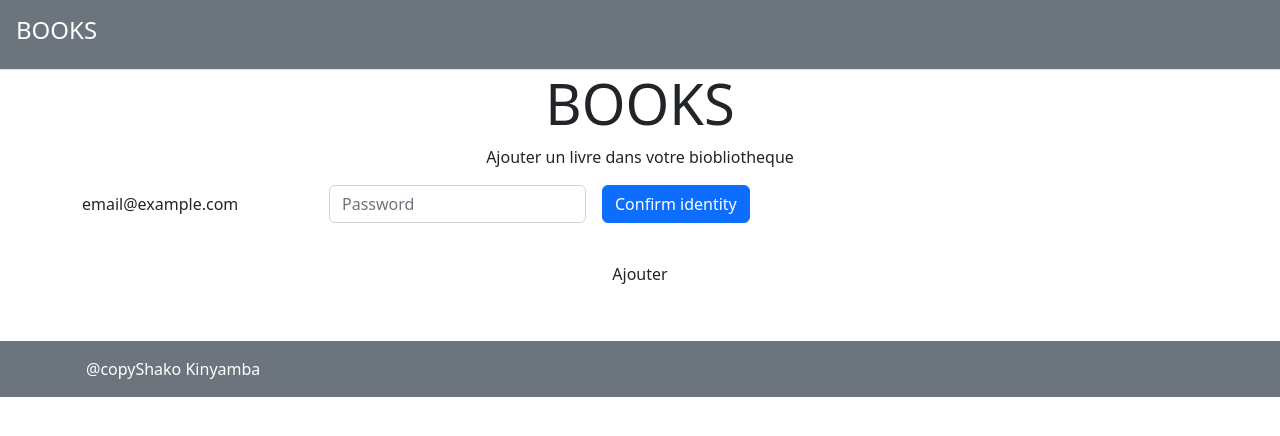
Repository: SKB-TECH/Books
Page: /
An editor plug-in stored every save of this project. The page is shown before and after a run of saves, followed by the edit.
The browser window is 1280 px wide. The pictures show the whole page.
The project was rebuilt for these pictures with package versions that can differ from the ones it lists, and the page was loaded fresh each time. Also part of the build but not shown: vite.config.js.

Above is the page before, as saved 2022-11-09 15:52:28.

### src/main.jsx
import React from 'react'
import ReactDOM from 'react-dom/client'
import App from './App'
import 'bootstrap/dist/css/bootstrap.min.css'

ReactDOM.createRoot(document.getElementById('root')).render(
  <React.StrictMode>
    <App />
  </React.StrictMode>
)

### src/App.jsx
import React from 'react';
import Footer from './components/Footer';
import Navbar from './components/Navbar';
import AddBooks from './Containers/AddBooks'
const App = () => {
  return (
    <div className='App'>
      <Navbar />
      <AddBooks />
      <Footer />
    </div>
  );
};

export default App;

### src/components/Footer.jsx
import React from 'react';

const Footer = () => {
    return (
        <footer className='footer text-white bg-secondary mt-5'>
            <div className='container p-3'>
                <span>
                    @copyShako Kinyamba
                </span>
            </div>
        </footer>
    );
};

export default Footer;

### src/components/Navbar.jsx
import React from 'react';

const Navbar = () => {
    return (
        <header>
            <div className='d-flex flex-column flex-md-row p-3 border-bottom bg-secondary text-white'>
                <h4 className='mr-md-auto'>
                    <a href="/" className='text-decoration-none text-white'>BOOKS</a>
                </h4>
            </div>
            {/* Menu principl */}
        </header>
    );
};

export default Navbar;

### src/Containers/AddBooks.jsx
import React from 'react';

const AddBooks = () => {
    return (
        <main role="main">
            <div className='jumbotron jumbotron-fluid'>
                <div className='container text-center'>
                    <h1 className='display-4'>
                        BOOKS
                    </h1>
                    <p>
                        Ajouter un livre dans votre biobliotheque
                    </p>

                    <form action="" className='form-inline justify-content-center'>
                        <form class="row g-3">
                            <div class="col-auto">
                                <label for="staticEmail2" class="visually-hidden">Email</label>
                                <input type="text" readonly class="form-control-plaintext" id="staticEmail2" value="email@example.com"/>
                            </div>
                            <div class="col-auto">
                                <label for="inputPassword2" class="visually-hidden">Password</label>
                                <input type="password" class="form-control" id="inputPassword2" placeholder="Password"/>
                            </div>
                            <div class="col-auto">
                                <button type="submit" class="btn btn-primary mb-3">Confirm identity</button>
                            </div>
                        </form>
                        <div className="form-group">
                            <button className="btn btn outline-secondary mt-3">
                                Ajouter
                            </button>
                        </div>
                    </form>
                </div>
            </div>
        </main>
    );
};

export default AddBooks;

Loaded but not shown: index.html (common file)

After the next 4 saves:
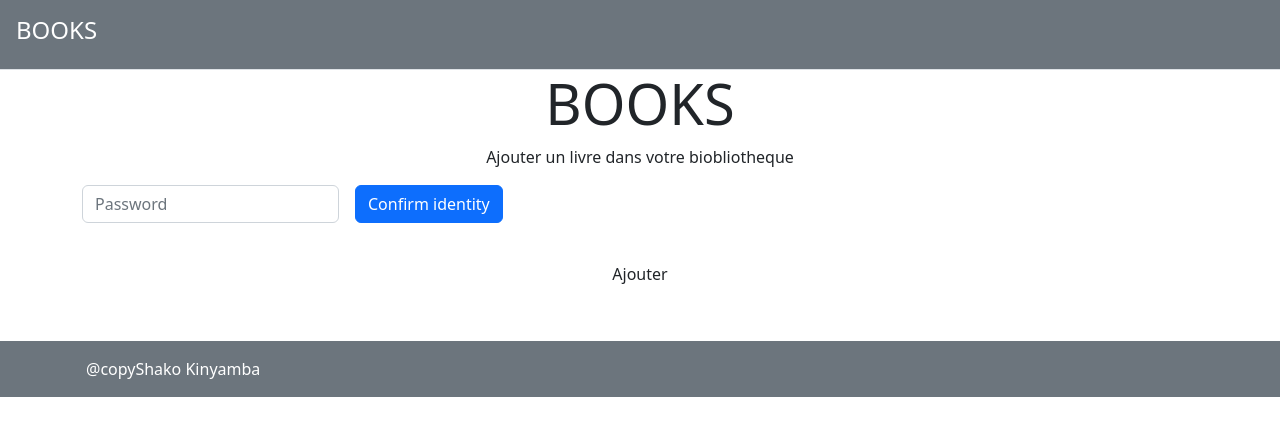
The 4 saves are shown as one change because 2 did not build or start and some came seconds apart.
The last was saved 59 s later.
--- a/src/Containers/AddBooks.jsx
+++ b/src/Containers/AddBooks.jsx
@@ -14,10 +14,6 @@ const AddBooks = () => {
 
                     <form action="" className='form-inline justify-content-center'>
                         <form class="row g-3">
-                            <div class="col-auto">
-                                <label for="staticEmail2" class="visually-hidden">Email</label>
-                                <input type="text" readonly class="form-control-plaintext" id="staticEmail2" value="email@example.com"/>
-                            </div>
                             <div class="col-auto">
                                 <label for="inputPassword2" class="visually-hidden">Password</label>
                                 <input type="password" class="form-control" id="inputPassword2" placeholder="Password"/>
